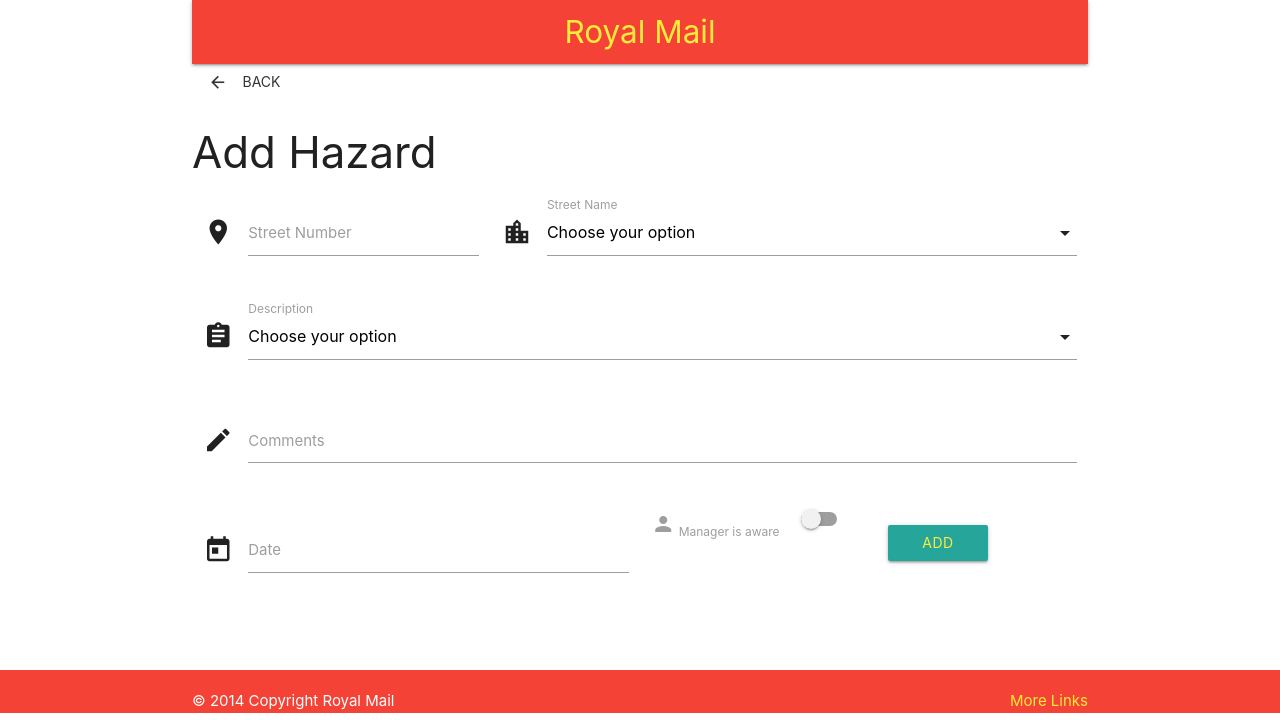
Repository: bandyp/Postal-Reminders
Page: http://localhost/add_hazard
The author's editor kept a record of every edit. The page is drawn from the files as they stood at one moment, then again after the next edit.
The browser window is 1280 px wide. The pictures show the whole page.
The page is served by the project's application, run on Flask 3 (app.py).

Above is the page before.

After the next edit:
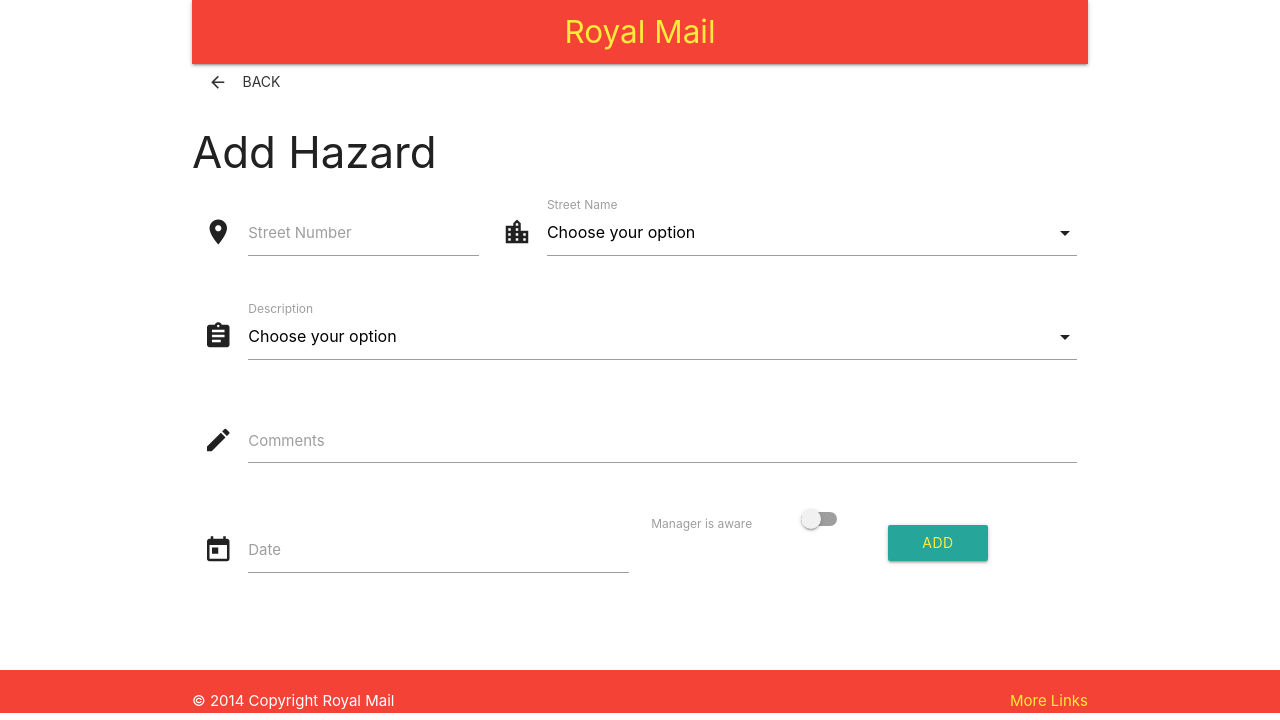
The edit:
--- a/templates/addhazard.html
+++ b/templates/addhazard.html
@@ -77,7 +77,7 @@
 
             <div class="switch col s3">
                 <label>
-                    <i class="material-icons prefix">person</i>
+
                     <input id="management_aware" name="management_aware" type="checkbox">
                     <span class="lever right"></span>
                       Manager is aware
